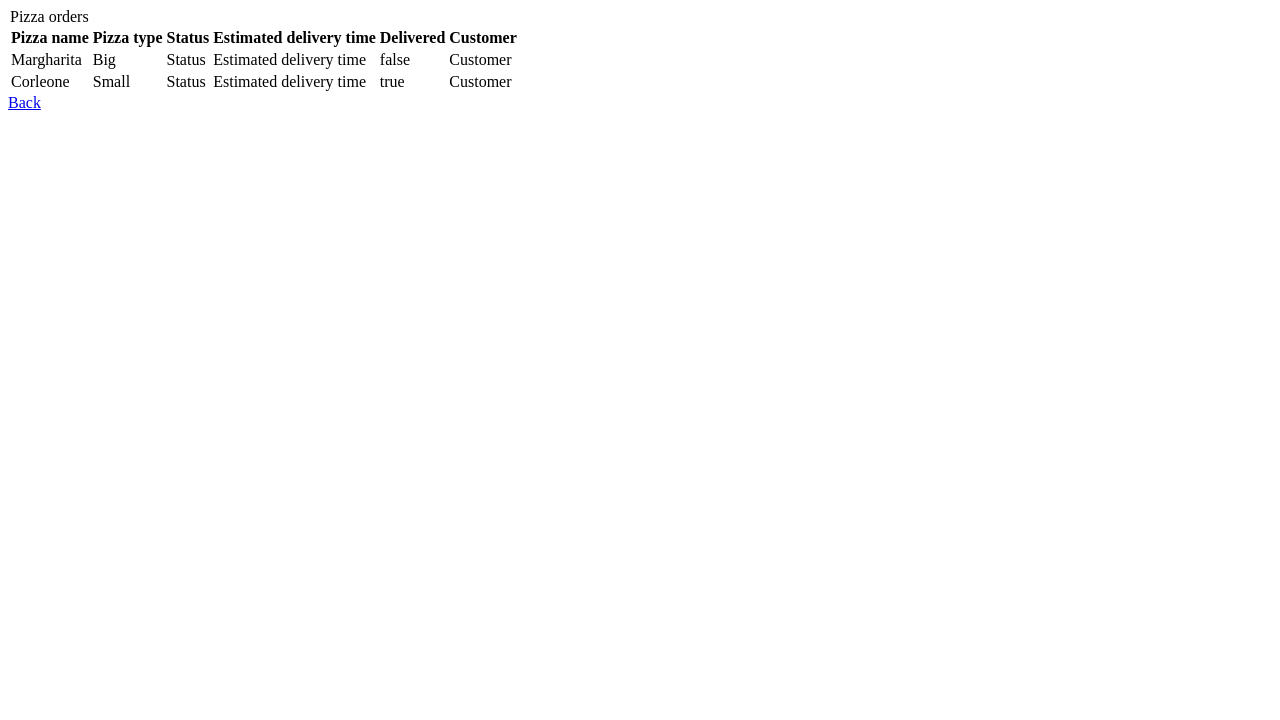
Repository: lukas77pro/html_css_js
Page: html/Test/WebContent/Tabela.html
The author's editor kept a copy of each file at every save. The page is drawn from the files as they stood at one save, then again after the next save.
The browser window is 1280 px wide. The pictures show the whole page.

Above is the page before, as saved 2015-07-10 13:03:04.

After the next save:
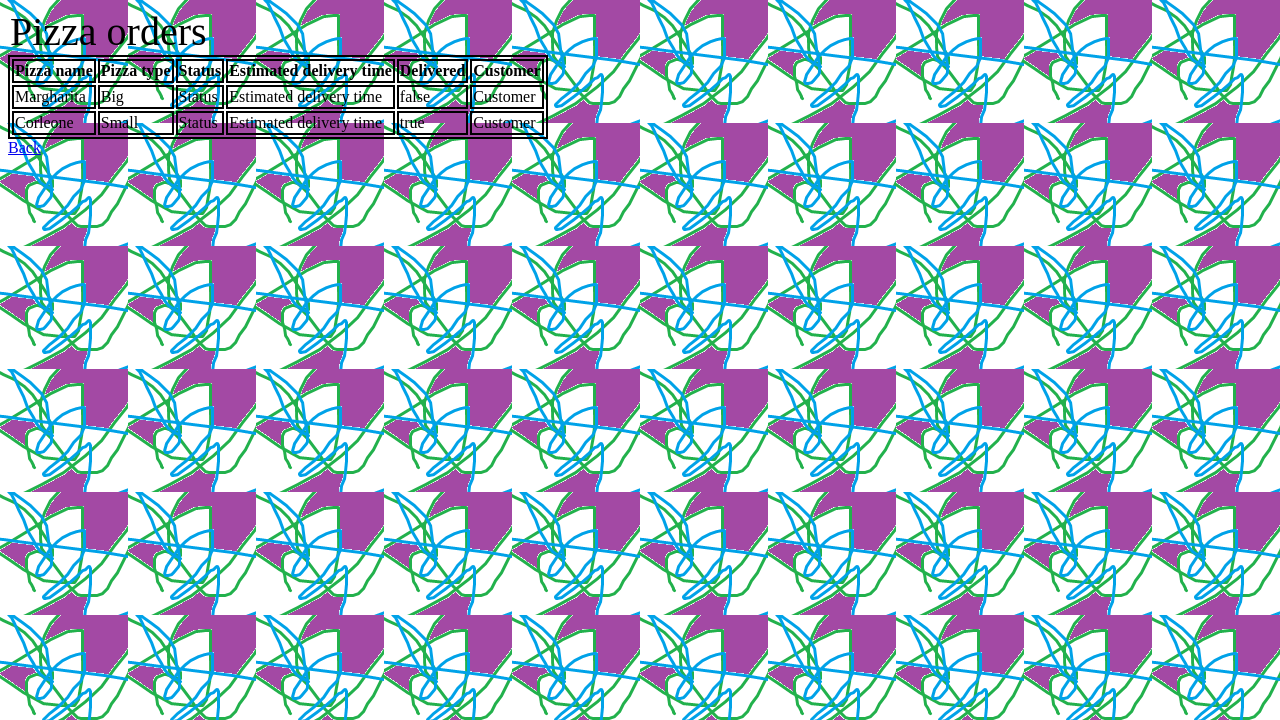
Saved 24 s later.
--- a/html/Test/WebContent/Tabela.html
+++ b/html/Test/WebContent/Tabela.html
@@ -3,6 +3,7 @@
 <head>
 <meta charset="UTF-8">
 <title>Insert title here</title>
+<link rel="stylesheet" type="text/css" href="Styl.css">
 </head>
 <body>
 	<legend id="LegendMain">Pizza orders</legend>

After the save that followed:
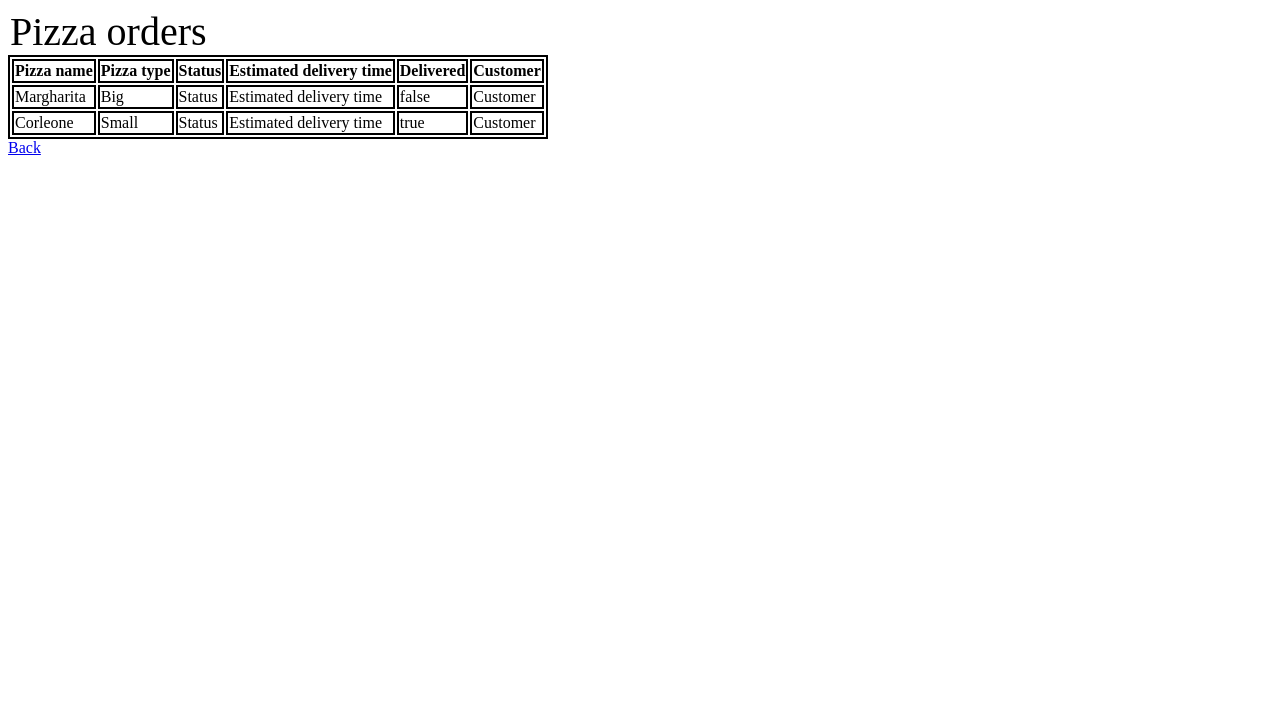
Saved 6 s later.
--- a/html/Test/WebContent/Styl.css
+++ b/html/Test/WebContent/Styl.css
@@ -1,7 +1,4 @@
 @CHARSET "UTF-8";
-body {
-    background-image: url("obraz.bmp");
-}
 
 #Customer {
 
